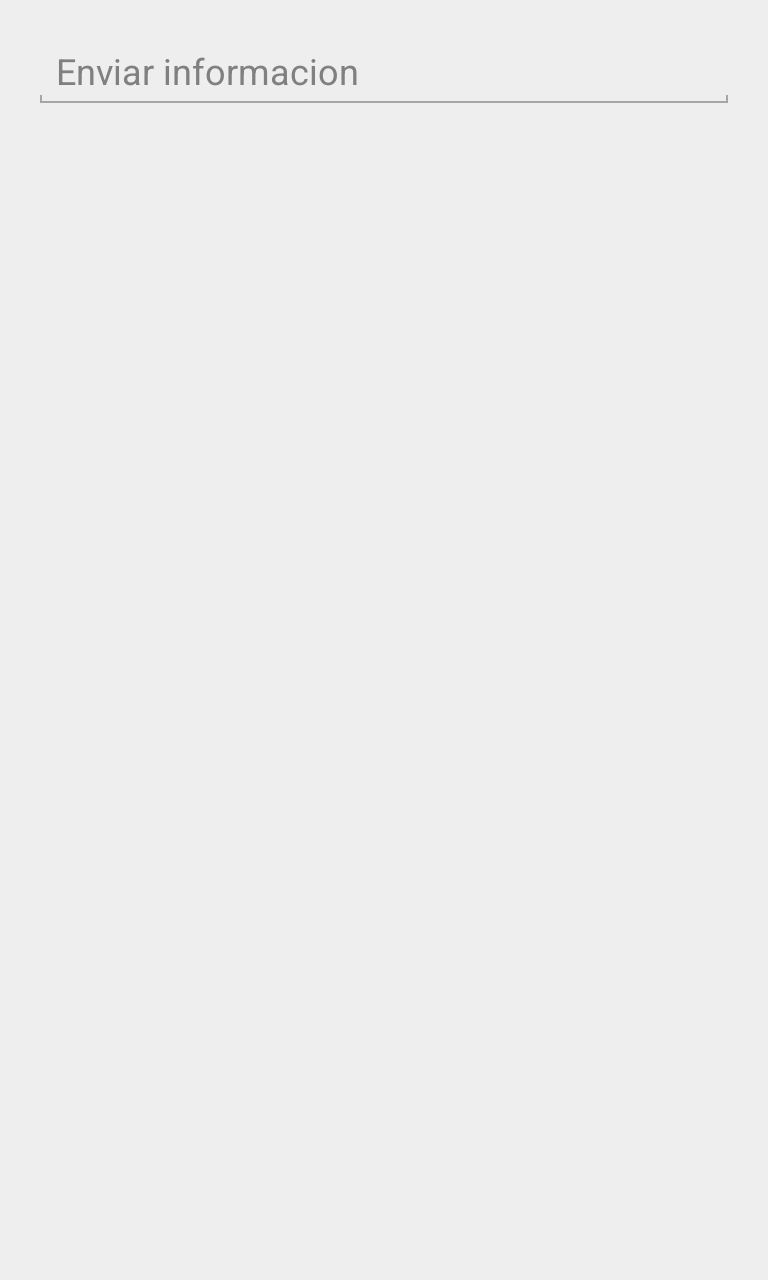
Repository: G3rcar/Android-I
Layout: Clase05IMEKeys/res/layout/activity_main.xml
These files come from the project's save history. The layout is drawn as it stood at one moment and after the next save; the edit follows.
It is drawn on a 768 x 1280 px phone screen (xhdpi) without system bars, with theme AppTheme; the app's code is not run.

Above is the layout before, as saved 2013-11-01 14:04:13.

### Clase05IMEKeys/res/layout/activity_main.xml
<LinearLayout xmlns:android="http://schemas.android.com/apk/res/android"
    xmlns:tools="http://schemas.android.com/tools"
    android:id="@+id/LinearLayout1"
    android:layout_width="match_parent"
    android:layout_height="match_parent"
    android:background="#EEEEEE"
    android:orientation="vertical"
    android:paddingBottom="@dimen/activity_vertical_margin"
    android:paddingLeft="@dimen/activity_horizontal_margin"
    android:paddingRight="@dimen/activity_horizontal_margin"
    android:paddingTop="@dimen/activity_vertical_margin"
    tools:context=".MainActivity" >

    <EditText
        android:id="@+id/edtSend"
        android:layout_width="match_parent"
        android:layout_height="wrap_content"
        android:ems="10"
        android:hint="@string/hintEnviarInfo"
        android:imeOptions="actionSend"
        android:inputType="text"
        android:maxLength="2" />

    <TextView
        android:id="@+id/textPush"
        android:layout_width="wrap_content"
        android:layout_height="wrap_content"
        android:textSize="20sp" />

    <ScrollView
        android:id="@+id/ScrollView1"
        android:layout_width="match_parent"
        android:layout_height="fill_parent" >

        <LinearLayout
            android:id="@+id/lyoMainLayout"
            android:layout_width="match_parent"
            android:layout_height="wrap_content"
            android:orientation="vertical" >
        </LinearLayout>
    </ScrollView>

</LinearLayout>

### Clase05IMEKeys/res/values/strings.xml
<?xml version="1.0" encoding="utf-8"?>
<resources>

    <string name="app_name">Clase05 IME keys</string>
    <string name="action_settings">Settings</string>
    <string name="hello_world">Hello world!</string>
    <string name="hintEnviarInfo">Enviar informacion</string>
    <string name="title_activity_second">SecondActivity</string>
    <string name="btnPush">Enviar</string>
    <string name="btnEliminar">Eliminar</string>

</resources>

Loaded but not shown: Clase05IMEKeys/res/values/styles.xml (common file); Clase05IMEKeys/res/values-v11/styles.xml (common file); Clase05IMEKeys/res/values-v14/styles.xml (common file); Clase05IMEKeys/res/values/dimens.xml (common file)

After the next save:
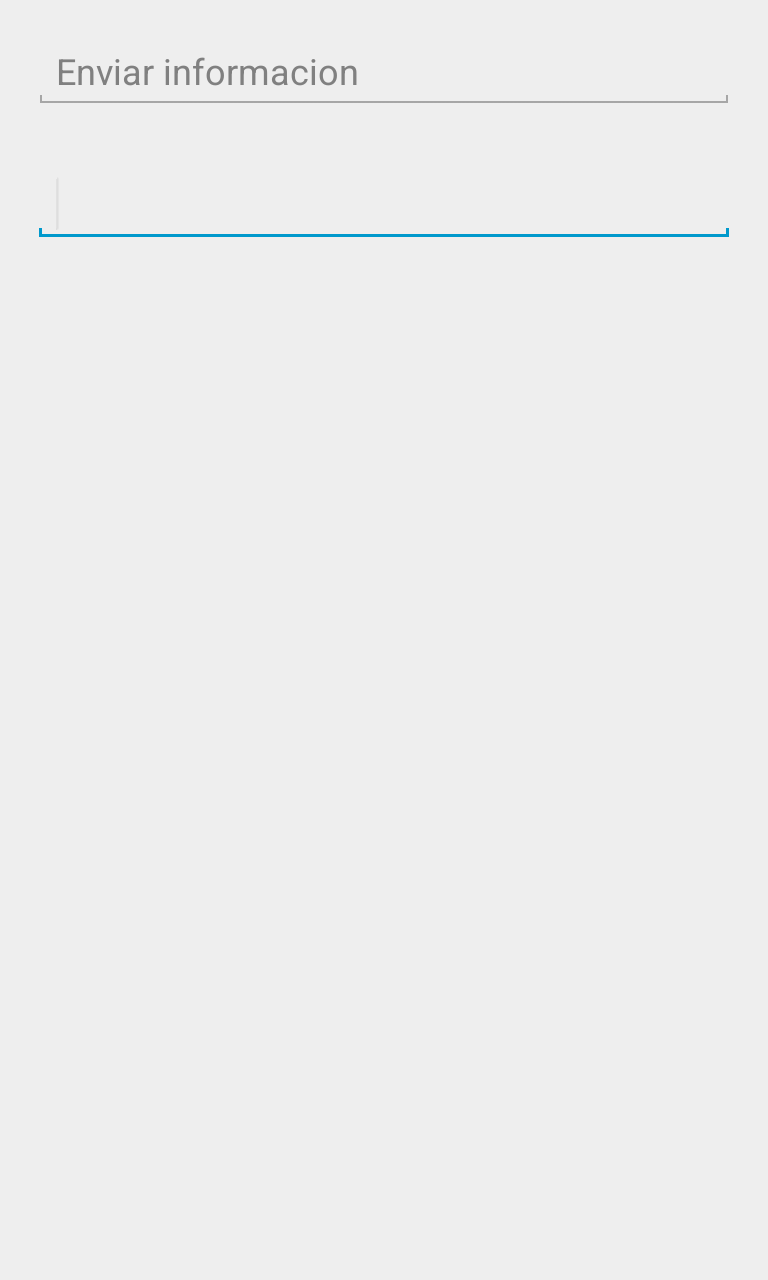
Saved 92 s later.
--- a/Clase05IMEKeys/res/layout/activity_main.xml
+++ b/Clase05IMEKeys/res/layout/activity_main.xml
@@ -37,6 +37,16 @@
             android:layout_width="match_parent"
             android:layout_height="wrap_content"
             android:orientation="vertical" >
+
+            <EditText
+                android:id="@+id/editText1"
+                android:layout_width="match_parent"
+                android:layout_height="wrap_content"
+                android:ems="10" >
+
+                <requestFocus />
+            </EditText>
+
         </LinearLayout>
     </ScrollView>
 

After the save that followed:
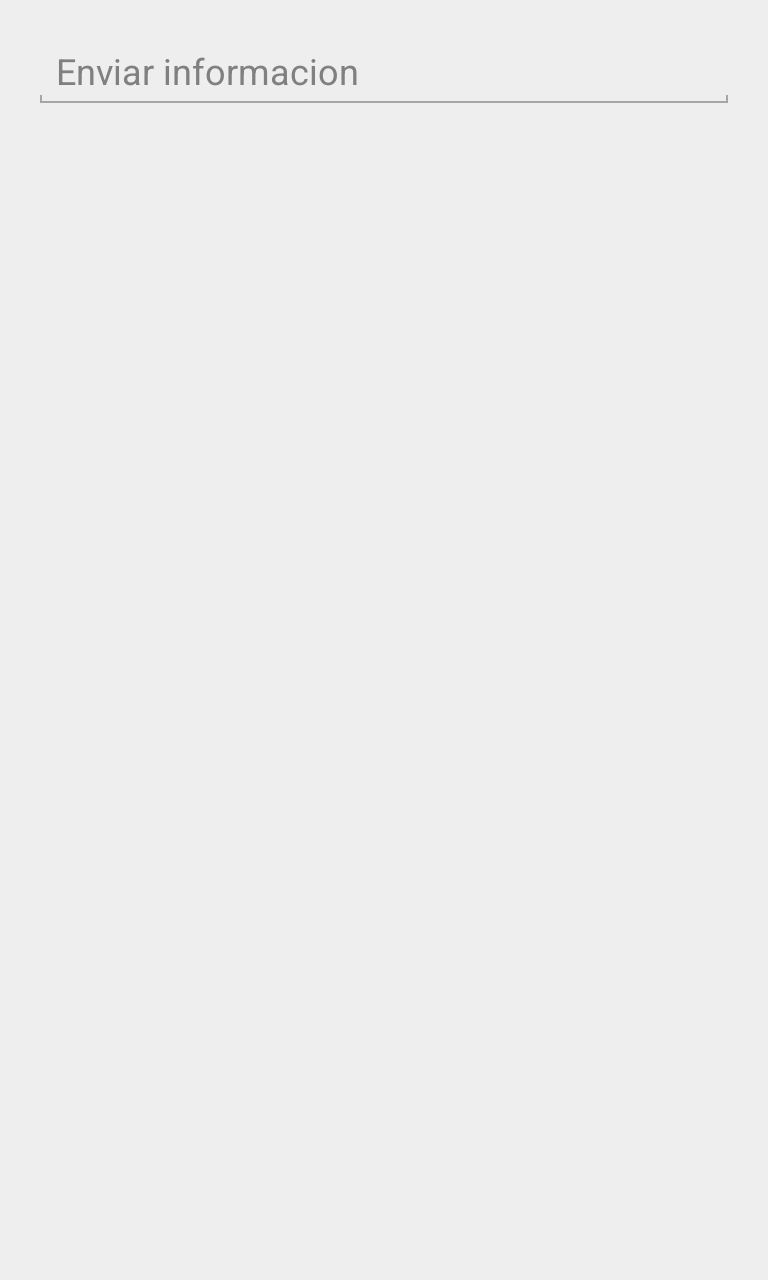
Saved 81 s later.
--- a/Clase05IMEKeys/res/layout/activity_main.xml
+++ b/Clase05IMEKeys/res/layout/activity_main.xml
@@ -22,6 +22,11 @@
         android:maxLength="2" />
 
     <TextView
+        android:id="@+id/textView1"
+        android:layout_width="wrap_content"
+        android:layout_height="wrap_content" />
+
+    <TextView
         android:id="@+id/textPush"
         android:layout_width="wrap_content"
         android:layout_height="wrap_content"
@@ -38,15 +43,6 @@
             android:layout_height="wrap_content"
             android:orientation="vertical" >
 
-            <EditText
-                android:id="@+id/editText1"
-                android:layout_width="match_parent"
-                android:layout_height="wrap_content"
-                android:ems="10" >
-
-                <requestFocus />
-            </EditText>
-
         </LinearLayout>
     </ScrollView>
 
